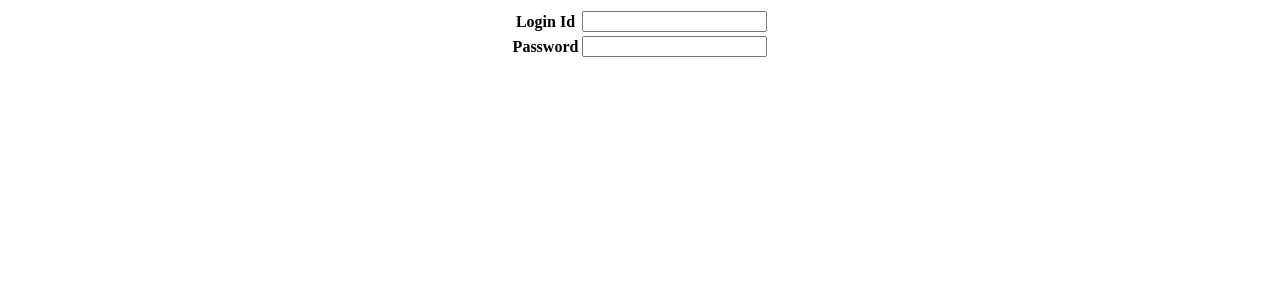
Repository: Ajay12Ajay/Advance_Java
Page: http://localhost/Advance_Web_Project/LoginView.jsp
An editor plug-in stored every save of this project. The page is shown before and after the next save, followed by the edit.
The browser window is 1280 px wide. The pictures show the whole page.
The page is served by Tomcat 9. Other server files are loaded and not shown.

Above is the page before, as saved 2025-07-24 09:40:42.

### Advance_Java/Advance_Web_Project/WebContent/LoginView.jsp
<%@ page language="java" contentType="text/html; charset=UTF-8"
	pageEncoding="UTF-8"%>
<!DOCTYPE html>
<html>
<head>
<meta charset="UTF-8">
<title>Insert title here</title>
</head>
<body>

	<div align="center">
		<table>
			<tr>
				<th>Login Id</th>
				<td><input type="text" name="loginId"></td>
			</tr>

			<tr>
				<th>Password</th>
				<td><input type="text" name="password"></td>
			</tr>
		</table>
	</div>

</body>
</html>

### Advance_Java/Advance_Web_Project/WebContent/Header.jsp
<%@ page language="java" contentType="text/html; charset=UTF-8"
	pageEncoding="UTF-8"%>
<!DOCTYPE html>
<html>
<head>
<meta charset="UTF-8">
<title>Insert title here</title>
</head>
<body>

	<div>
		<h2>Hi, Guest</h2>
	</div>

</body>
</html>

After the next save:
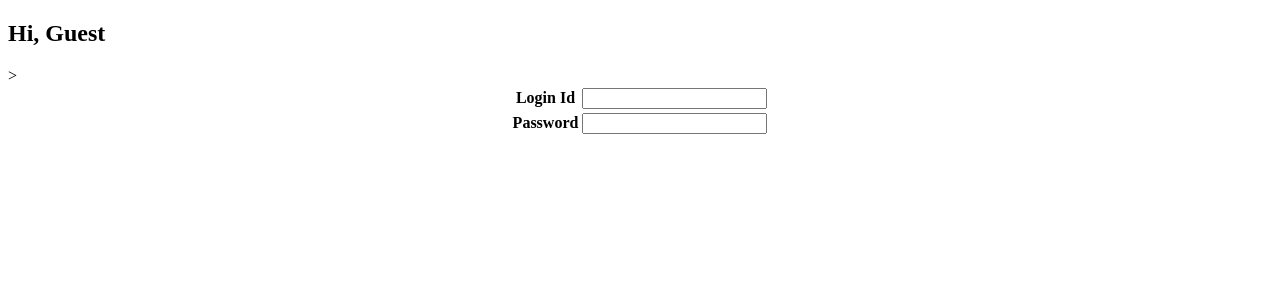
Saved 5 min 38 s later.
--- a/Advance_Java/Advance_Web_Project/WebContent/LoginView.jsp
+++ b/Advance_Java/Advance_Web_Project/WebContent/LoginView.jsp
@@ -7,7 +7,7 @@
 <title>Insert title here</title>
 </head>
 <body>
-
+	<%@ include file="Header.jsp"%>>
 	<div align="center">
 		<table>
 			<tr>
